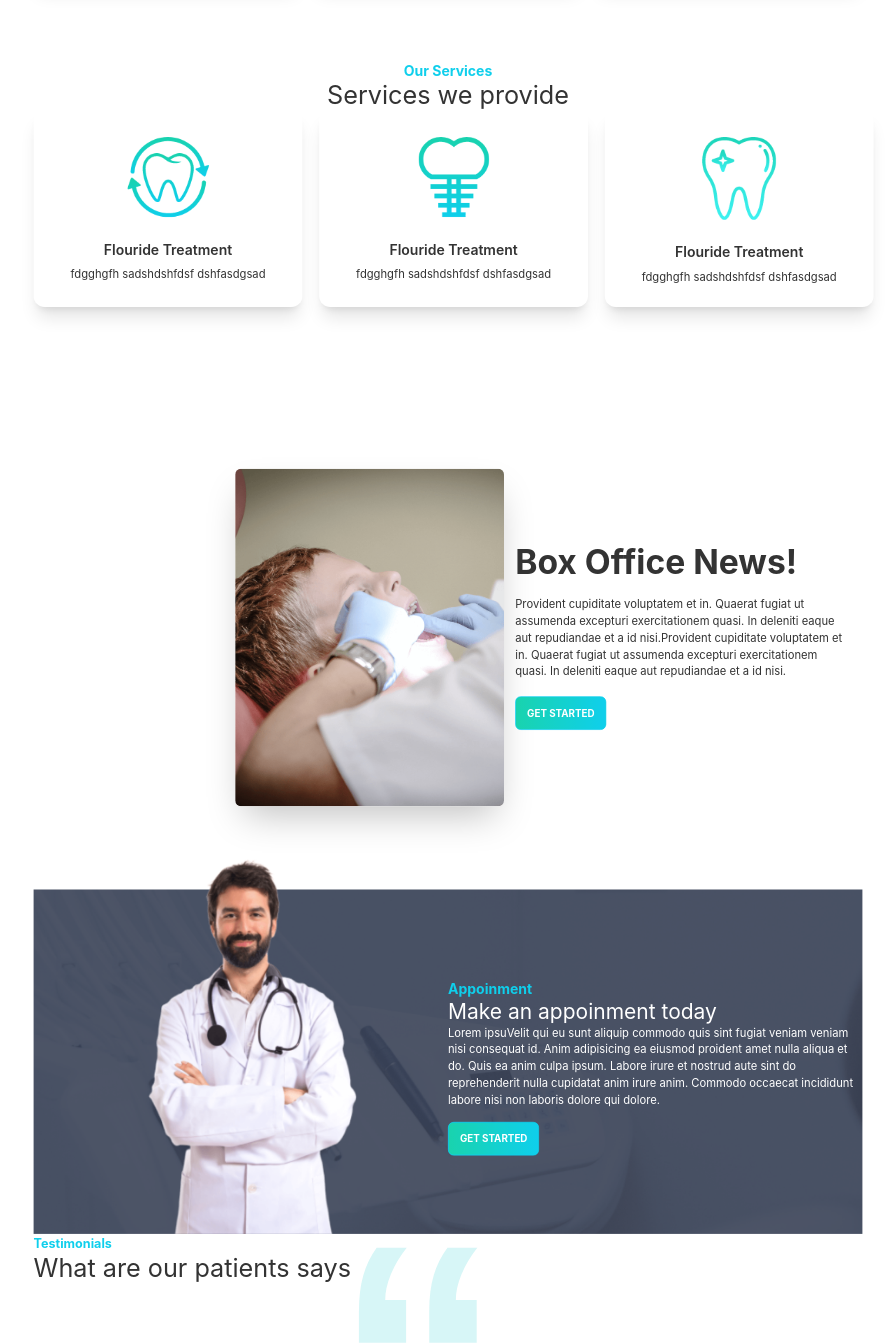
Repository: devsajid/doctors-portal-client
Page: /
These files come from the project's save history. The page is drawn as it stood at one moment and after a run of saves; the edit follows.
The browser window is 1280 px wide. The pictures show the part of the page from y = 964 to 2884 px (the page is 2884 px tall), at 70% of full size.
Backgrounds fixed to the window are drawn as part of the page. The project was rebuilt for these pictures with package versions that can differ from the ones it lists, and the page was loaded fresh each time. Also part of the build but not shown: src/App.css, src/Pages/About/About.js, src/Pages/Appoinment/Appoinment.js, src/Pages/Contact/Contact.js, src/Pages/Login/Login.js, src/Pages/Review/Review.js.

Above is the page before, as saved 2022-08-14 12:10:56.

After the next 2 saves:
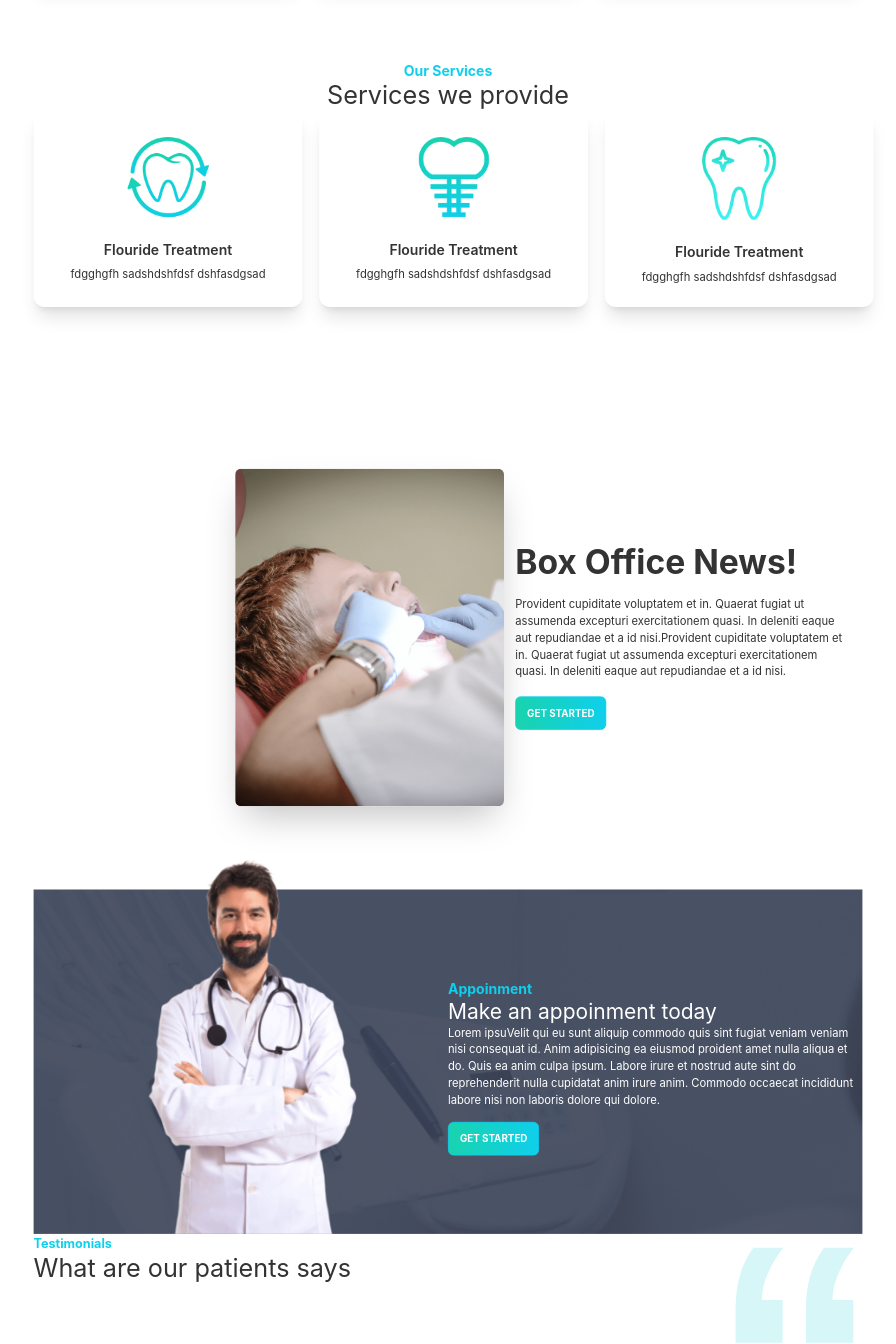
The 2 saves are shown as one change because 1 did not build or start.
The last was saved 32 s later.
--- a/src/Pages/Home/Testimonials/Testimonials.js
+++ b/src/Pages/Home/Testimonials/Testimonials.js
@@ -4,8 +4,8 @@ const Testimonials = () => {
   return (
     <section>
       <div
-        className=" flex  space-between"
-        style={{}}
+        className=" flex  "
+        style={{ justifyContent: "space-between" }}
         // style={{
         //   backgroundImage: `url(${quote})`,
         //   backgroundRepeat: "no-repeat",
